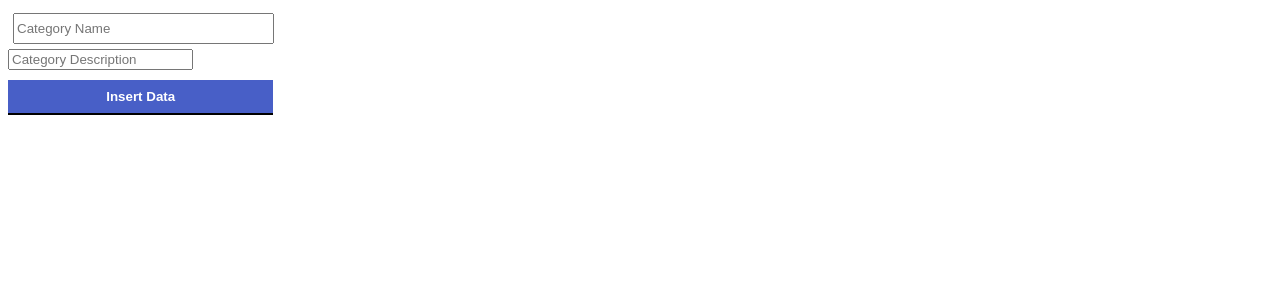
Repository: developerks611/loanweb
Page: http://localhost/loan-web/addcategory.jsp
These files come from the project's save history. The page is drawn as it stood at one moment and after the next save; the edit follows.
The browser window is 1280 px wide. The pictures show the whole page.
The page is served by Tomcat 9.

Above is the page before, as saved 2023-03-08 07:07:13.

After the next save:
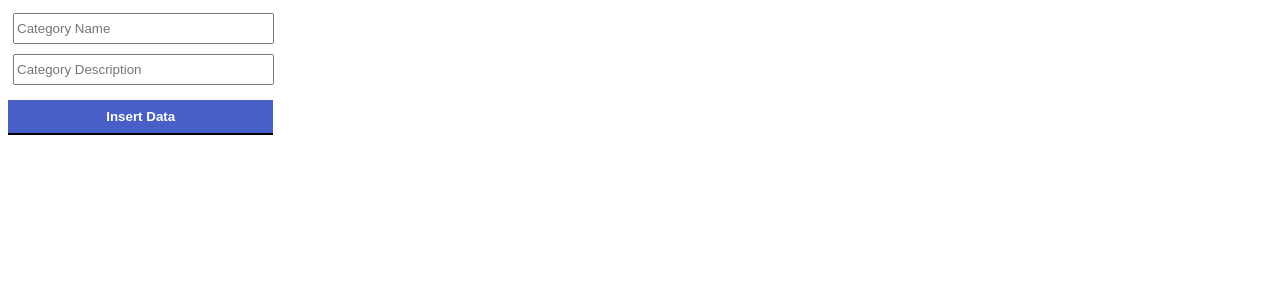
Saved 4 s later.
--- a/loan-web/src/main/webapp/addcategory.jsp
+++ b/loan-web/src/main/webapp/addcategory.jsp
@@ -37,7 +37,7 @@
 <body>
 <form action="Insertcategory" method="post">
 <input type="text" placeholder="Category Name" name="cname" class="inputtxt"><br>
-<input type="text" placeholder="Category Description" name="cd"><br>
+<input type="text" placeholder="Category Description" name="cd" class="inputtxt"><br>
 <input type="hidden" name="action" value="inserdata">
 <button type="submit" class="button-login">Insert Data</button>
 </form>
